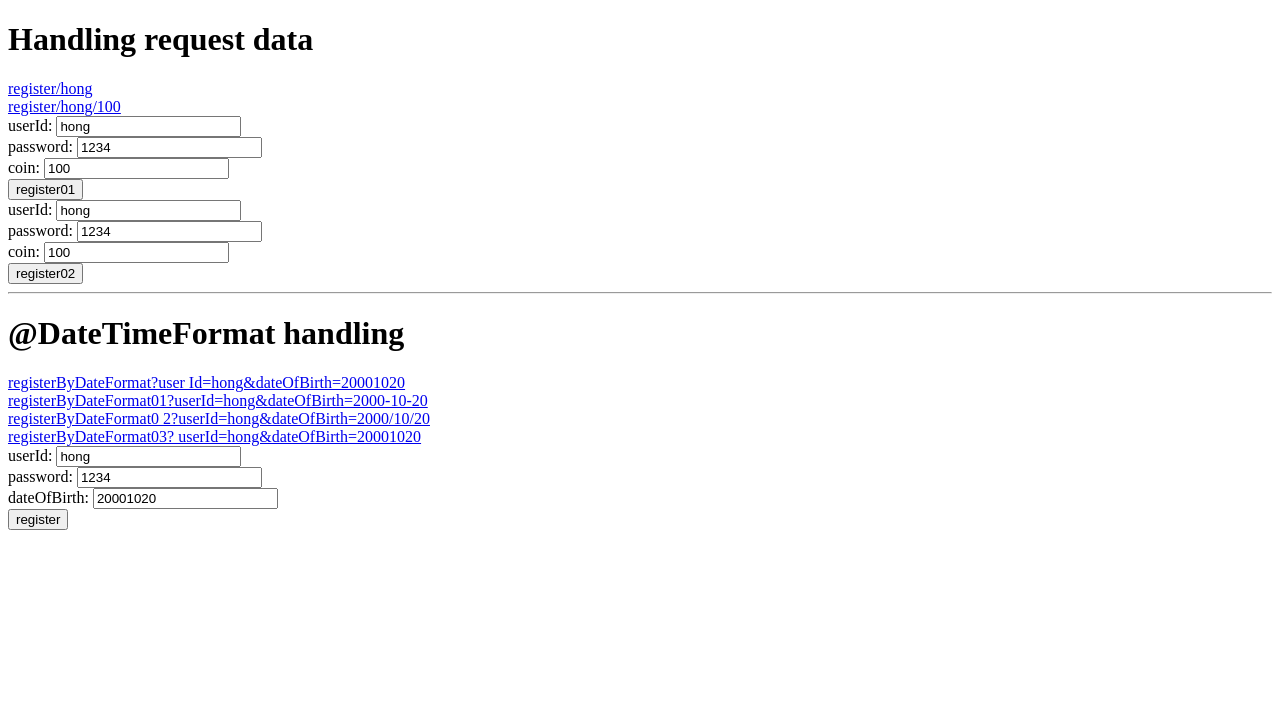
Repository: tomaters/more-springboot
Page: http://localhost/DevProject/WEB-INF/views/register.jsp
An editor plug-in stored every save of this project. The page is shown before and after the next save, followed by the edit.
The browser window is 1280 px wide. The pictures show the whole page.
The page is served by Tomcat 9. Nobody is signed in. Other server files are loaded and not shown. The template is opened directly, without the code that normally fills it, so the values that code supplies are empty.

Above is the page before, as saved 2023-12-29 04:05:29.

### DevProject/src/main/webapp/WEB-INF/views/register.jsp
<%@ page language="java" contentType="text/html; charset=UTF-8"
	pageEncoding="UTF-8" session="false"%>
<!DOCTYPE html>
<html>
<head>
<meta charset="UTF-8">
<title>Handling request data</title>
</head>
<body>
	<h1>Handling request data</h1>
	<a href="register/hong">register/hong</a>
	<br>
	<a href="register/hong/100">register/hong/100</a>
	<br>
	<form action="/register01" method="post">
		userId: <input type="text" name="userId" value="hong"><br>
		password: <input type="text" name="password" value="1234"><br>
		coin: <input type="text" name="coin" value="100"><br> <input
			type="submit" value="register01">
	</form>
	<form action="/register02" method="post">
		userId: <input type="text" name="userId" value="hong"><br>
		password: <input type="text" name="password" value="1234"><br>
		coin: <input type="text" name="coin" value="100"><br> <input
			type="submit" value="register02">
	</form>
	<hr>
	<h1>@DateTimeFormat handling</h1>
	<a href="registerByDateFormat?userId=hong&dateOfBirth=20001020">registerByDateFormat?user
		Id=hong&ampdateOfBirth=20001020</a>
	<br>
	<a href="registerByDateFormat01?userId=hong&dateOfBirth=2000-10-
20">registerByDateFormat01?userId=hong&ampdateOfBirth=2000-10-20</a>
	<br>
	<a href="registerByDateFormat02?userId=hong&dateOfBirth=2000/10/20">registerByDateFormat0
		2?userId=hong&ampdateOfBirth=2000/10/20</a>
	<br>
	<a href="registerByDateFormat03?userId=hong&dateOfBirth=20001020">registerByDateFormat03?
		userId=hong&ampdateOfBirth=20001020</a>
	<br>
	<form action="/register" method="post">
		userId: <input type="text" name="userId" value="hong"><br>
		password: <input type="text" name="password" value="1234"><br>
		dateOfBirth: <input type="text" name="dateOfBirth" value="20001020"><br>
		<input type="submit" value="register">
	</form>

</body>
</html>

After the next save:
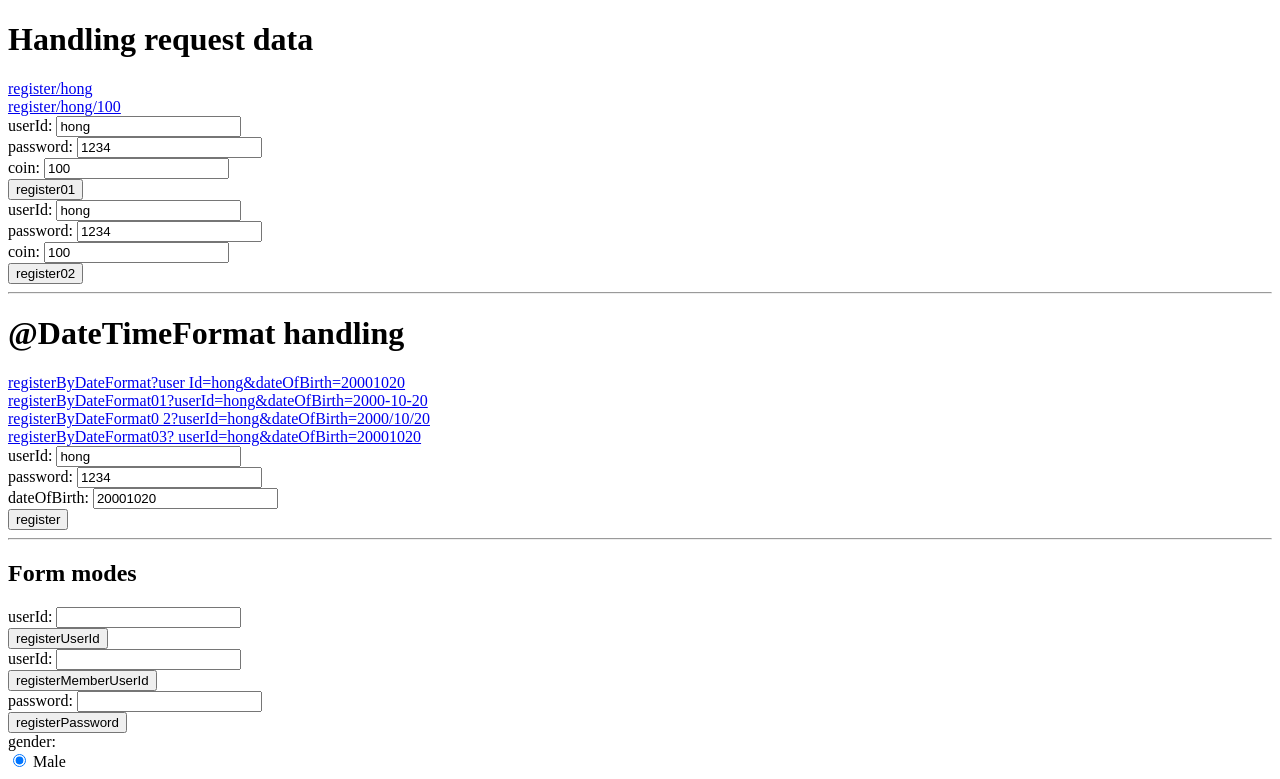
Saved 18 s later.
--- a/DevProject/src/main/webapp/WEB-INF/views/register.jsp
+++ b/DevProject/src/main/webapp/WEB-INF/views/register.jsp
@@ -44,6 +44,22 @@
 		dateOfBirth: <input type="text" name="dateOfBirth" value="20001020"><br>
 		<input type="submit" value="register">
 	</form>
-
+	<hr>
+	<h2>Form modes</h2>
+	<form action="/registerUserId" method="post">
+		userId: <input type="text" name="userId" /><br> <input
+			type="submit" value="registerUserId">
+	</form>
+	<form action="/registerMemberUserId" method="post">
+		userId: <input type="text" name="userId" /><br> <input
+			type="submit" value="registerMemberUserId">
+	</form>
+	<form action="/registerPassword" method="post">
+		password: <input type="password" name="password" /><br> <input
+			type="submit" value="registerPassword">
+	</form>
+	<form action="/registerRadio" method="post">
+		gender: <br> <input type="radio" name="gender" value="male"
+			checked> Male<br>
 </body>
 </html>
